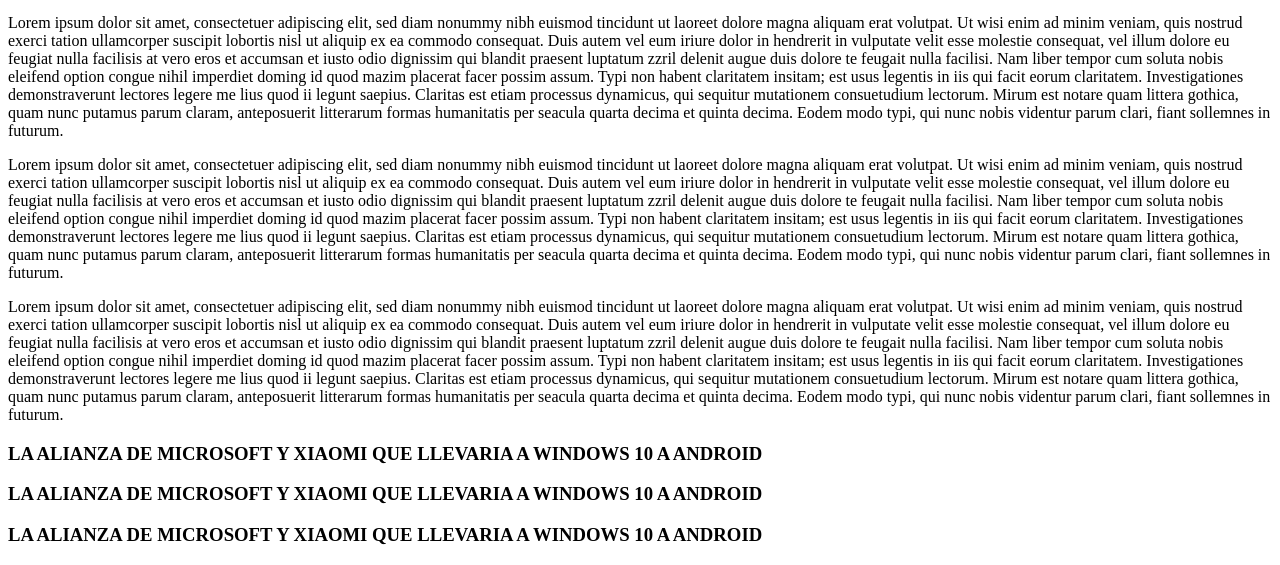
Repository: dmsanchez86/level-up
Page: wp-content/themes/zopp/library/plantillas/angular/contacto.html
The author's editor kept a record of every edit. The page is drawn from the files as they stood at one moment, then again after the next edit.
The browser window is 1280 px wide. The pictures show the part of the page from y = 409 to 1090 px (the page is 974 px tall before and 1090 px after).
A picture or video elsewhere on the page could not be fetched, so the positions and the page height are approximate.

Above is the page before.

After the next edit:
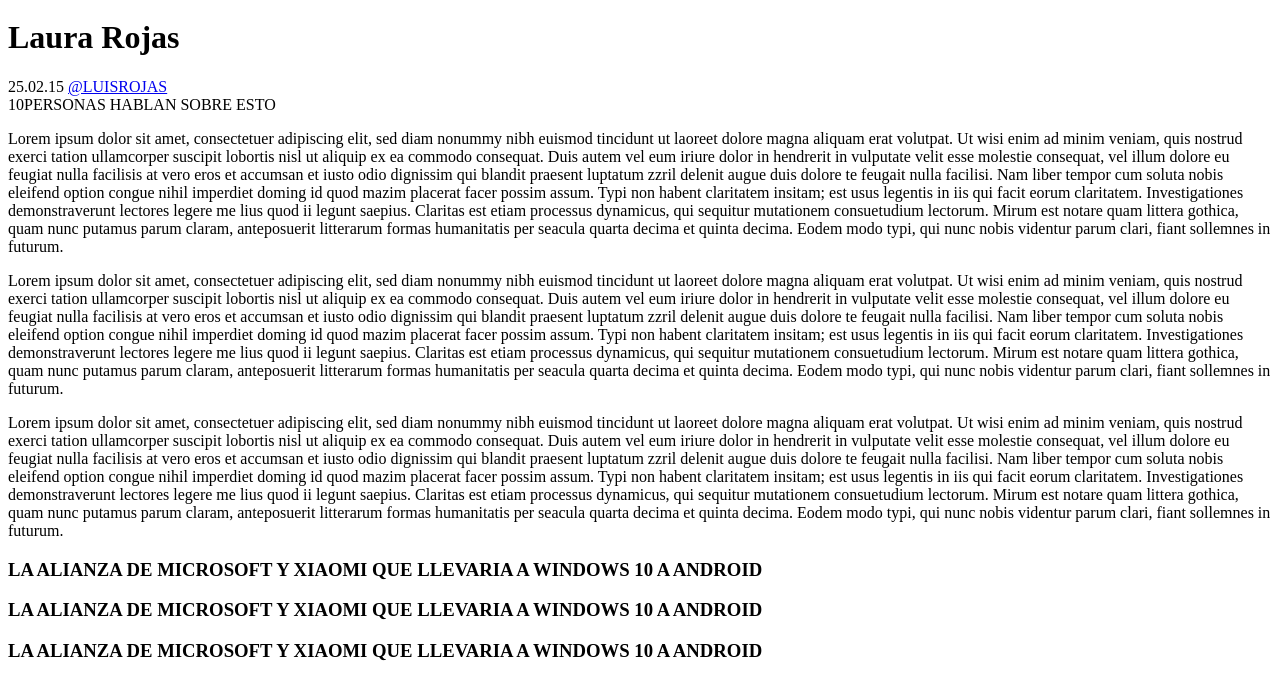
The edit:
--- a/wp-content/themes/zopp/library/plantillas/angular/contacto.html
+++ b/wp-content/themes/zopp/library/plantillas/angular/contacto.html
@@ -22,6 +22,19 @@
                             <a href="http://facebook.com/OnlineLevelUp" class="facebook"></a> | <a href="http://twitter.com/LevelUpOnline" class="twitter"></a> | <a href="http://facebook.com/OnlineLevelUp" class="google"></a>
                         </div>
                     </section>
+                </div>
+            </div>
+            <div class="title columnista">
+                <h1><div class="foto"></div><span>Laura Rojas</span></h1>
+            </div>
+            <div class="datos">
+                <div class="col-lg-2 col-md-2"></div>
+                <div class="col-lg-5 col-md-5 border-derecha">
+                    <span class="fecha">25.02.15</span>
+                    <span class="twitter"><a href="http://twitter.com/luisrojas">@LUISROJAS</a></span>
+                </div>
+                <div class="col-lg-5 col-md-5">
+                    <span class="personas">10PERSONAS HABLAN SOBRE ESTO</span>
                 </div>
             </div>
             <div class="row clearfix">
